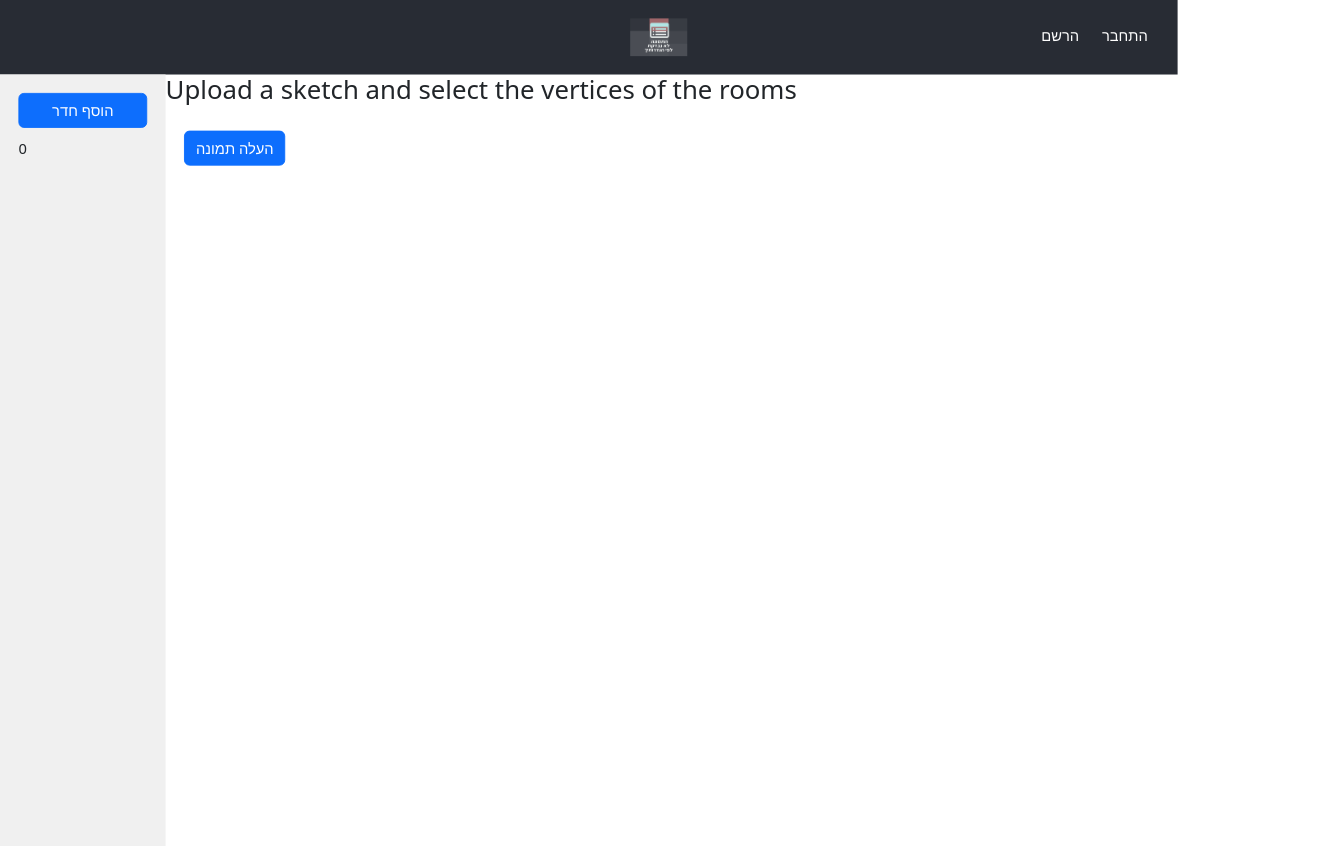
Repository: TamarHolzer/TamarHolzer-security_camera_project_client
Page: /optimal-coordinates
An editor plug-in stored every save of this project. The page is shown before and after the next save, followed by the edit.
The browser window is 1280 px wide. The page is 1460 px wide, then 1280 px, so the pictures cover 1460 px, including what lies to the right of the window. The pictures show the whole page, at 92% of full size.
The page's requests for data from a server got no answer. The project was rebuilt for these pictures with package versions that can differ from the ones it lists, and the page was loaded fresh each time. No one was signed in, and anything a server would have sent is missing. Also part of the build but not shown: src/components/Login.js, src/pages/Home.js, src/components/ShowPlan.js, src/components/HistpryPlanning.js.

Above is the page before, as saved 2024-07-05 00:54:03.

After the next save:
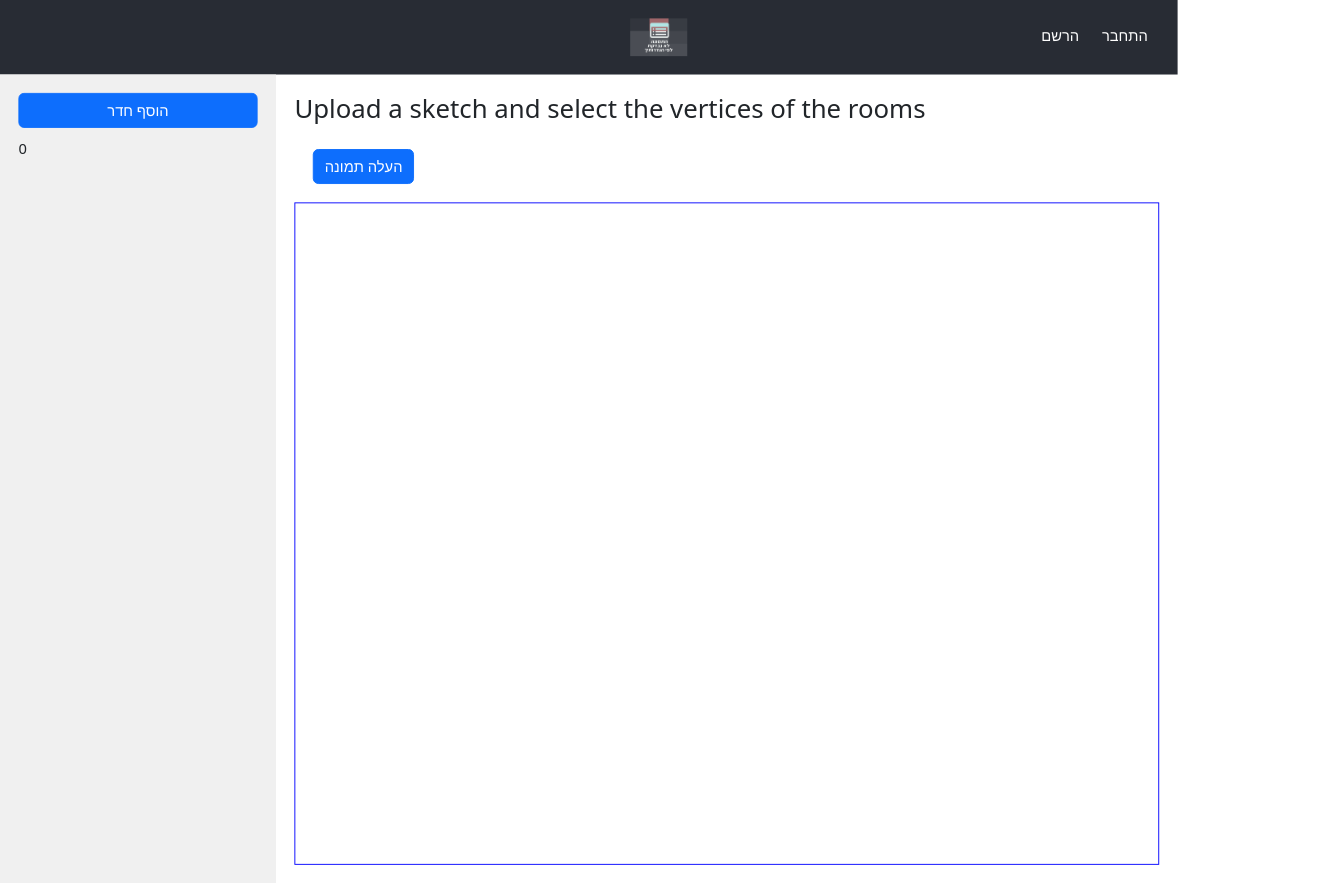
Saved 3 min 59 s later.
--- a/src/css/points.css
+++ b/src/css/points.css
@@ -22,10 +22,10 @@
  }
 
  .ClickableSVG {
-
     position: relative;
-        width: 100vw;
-        height: 100vh
+    width: 100%;
+    height: 100vh;
+    border: 1px solid blue;
  }
 
  .ClickableSVG circle {
@@ -43,6 +43,7 @@
 }
 .sidebar{
     min-width: 25vh;
+    max-width: 300px;
     flex-grow: 1;
     flex-basis: 220px;
     background-color: #f0f0f0;
@@ -55,4 +56,5 @@
 }
 .page-content{
     flex-grow: 2;
+    padding: 20px;
 }
